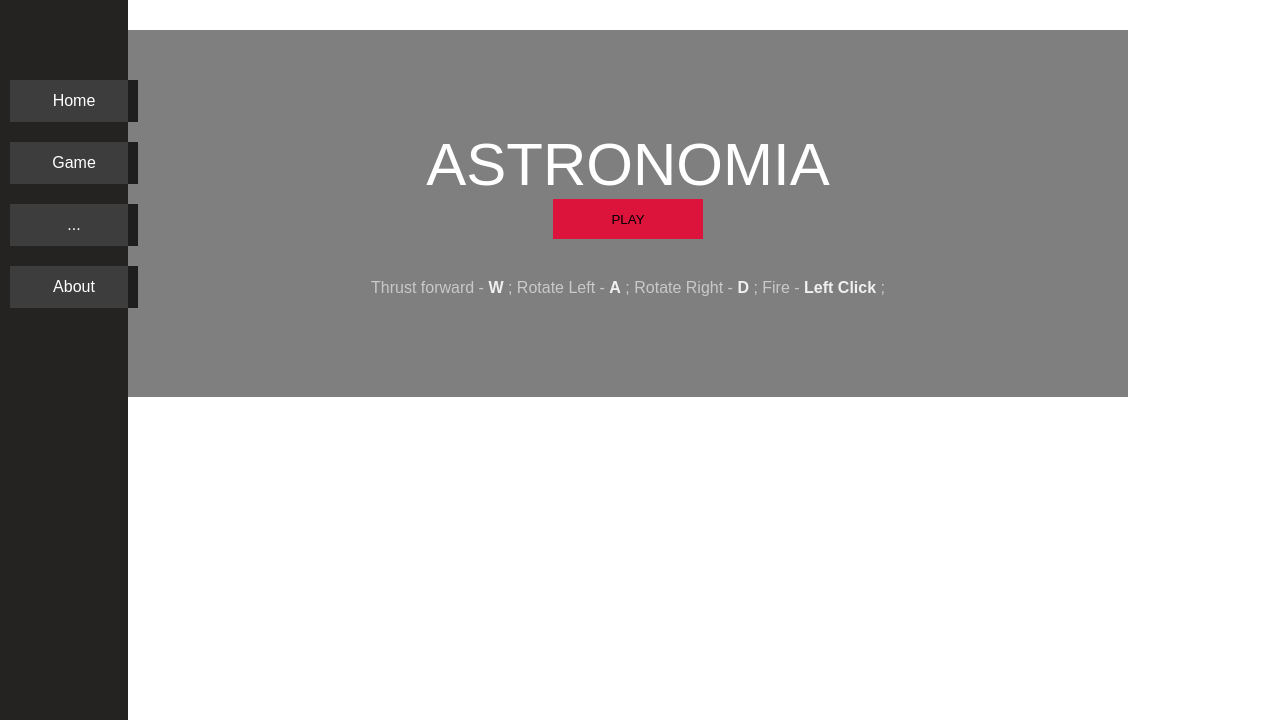
Repository: LaukiniXs/astronomia
Page: index.html
These files come from the project's save history. The page is drawn as it stood at one moment and after the next save; the edit follows.
The browser window is 1280 px wide. The pictures show the whole page.

Above is the page before, as saved 2020-05-18 13:24:11.
Not found: index.ts

### index.html
<html>
	<head>
	<meta charset="UTF-8">
		<title>Fully fledged page</title>
			<link rel="stylesheet" type="text/css" href="style.css">

	</head>
	<body>
		<div id="sidebar">
		<button class="button" style="height:42px; width: 100%; margin-top: 80px;"><a href="">Home</a></button>
		<button class="button" style="height:42px;"><a href="">Game</a></button>
		<button class="button" style="height:42px;"><a href="">...</a></button>
		<button class="button" style="height:42px;"><a href="">About</a></button>
		</div>
		<div id="clearFloat"></div>
		<div id="gamediv">
			<div id="splash">
				<p id="title">ASTRONOMIA</p>
				<button id="play-btn">PLAY</button>
				<p id="controls"> Thrust forward - <span class="controlBtn">W</span> ;
					Rotate Left - <span class="controlBtn">A</span> ;
					Rotate Right - <span class="controlBtn">D</span> ;
					Fire - <span class="controlBtn">Left Click</span> ;</p>
			</div>
			<div id="gameover">
				<p>Game Over</p>
				<p id="tip">Refresh the page to try again</p>
			</div>
			<div id="log"></div>
			<audio id="backgroundMusic" src="./audio/backgroundMusic.mp3" preload loop></audio>
			<script id="game" src="./index.ts"></script>
		</div>
	</body>

</html>

### style.css
* {
    margin: 0px;
    padding: 0px;
    font-family: Arial, Helvetica, sans-serif;
}
#sidebar {
    float: left;
    background-color:#242322;
    width: 10%;
    height: 100%;
}
.button {
    border: 0;
    background: #3d3d3d;
    color: white;
    font-family: Arial, Helvetica, sans-serif;
    font-size: 16px;
    line-height: 18px;
    white-space: nowrap;
    text-decoration: none;
    width: 100%;
    margin: 10px;
    cursor: pointer;
  }
  .floatRight{
    float: right;

  }
  .clearFloat{
    clear: both;
  }
  a {
   text-decoration: none;
    color: white;
  }
  #contents{
    word-wrap: break-word;
    float: left;
    width: 40%;
    height: 100%;
    background-color: violet;
  }
  .contentText{
    margin: 50px 10px;
    font-size: 20px;
  }
  #splash {
    float: left;
    z-index: 10;
    position: absolute;
    background: rgba(0, 0, 0, 0.5);
    width: 1000px;
    padding: 100px 0;
    text-align: center;
}

#play-btn {
    width: 150px;
    height: 40px;
    background-color: crimson;
    border: 0px;
}

#title {
    color: white;
    font-size: 60px;
    font-family: Arial, Helvetica, sans-serif;
}

#controls {
    color: #c9c9c9;
    font-family: Arial, Helvetica, sans-serif;
    padding-top: 40px;
}

.controlBtn {
    font-weight: bold;
    color: #f0f0f0;
}

#gameover {
  float: left;
    display: none;
    color: white;
    position: absolute;
    background: rgba(0, 0, 0, 0.5);
    width: 1000px;
    padding: 170px 0;
    text-align: center;
    font-size: 60px;
    font-family: Arial, Helvetica, sans-serif;
}
#tip{
    font-size: 20px;
    font-family: Arial, Helvetica, sans-serif;
}
#game{
  margin-top: 30px;
  float: left;
}
#gamediv{
  margin-top: 30px;
float: left;

}
#log{
  float: left;
}

After the next save:
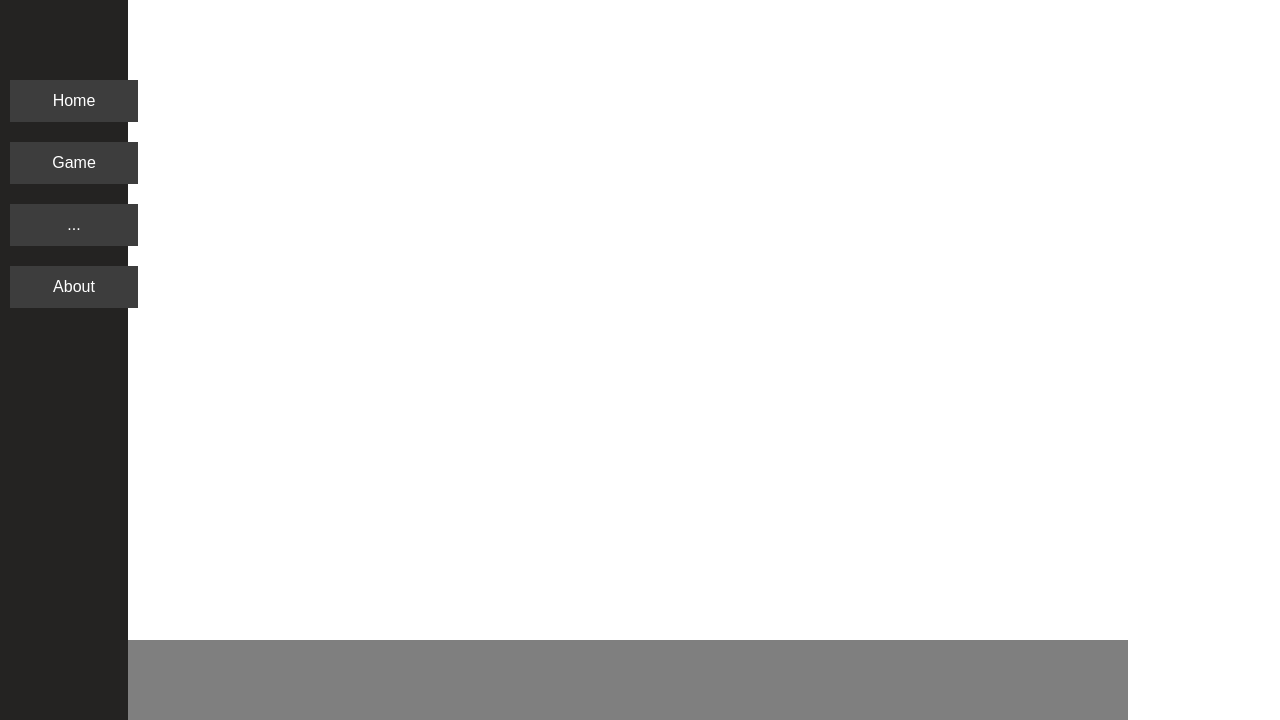
Saved 13 s later.
--- a/style.css
+++ b/style.css
@@ -99,7 +99,7 @@
   float: left;
 }
 #gamediv{
-  margin-top: 30px;
+  margin-top: 50%;
 float: left;
 
 }
